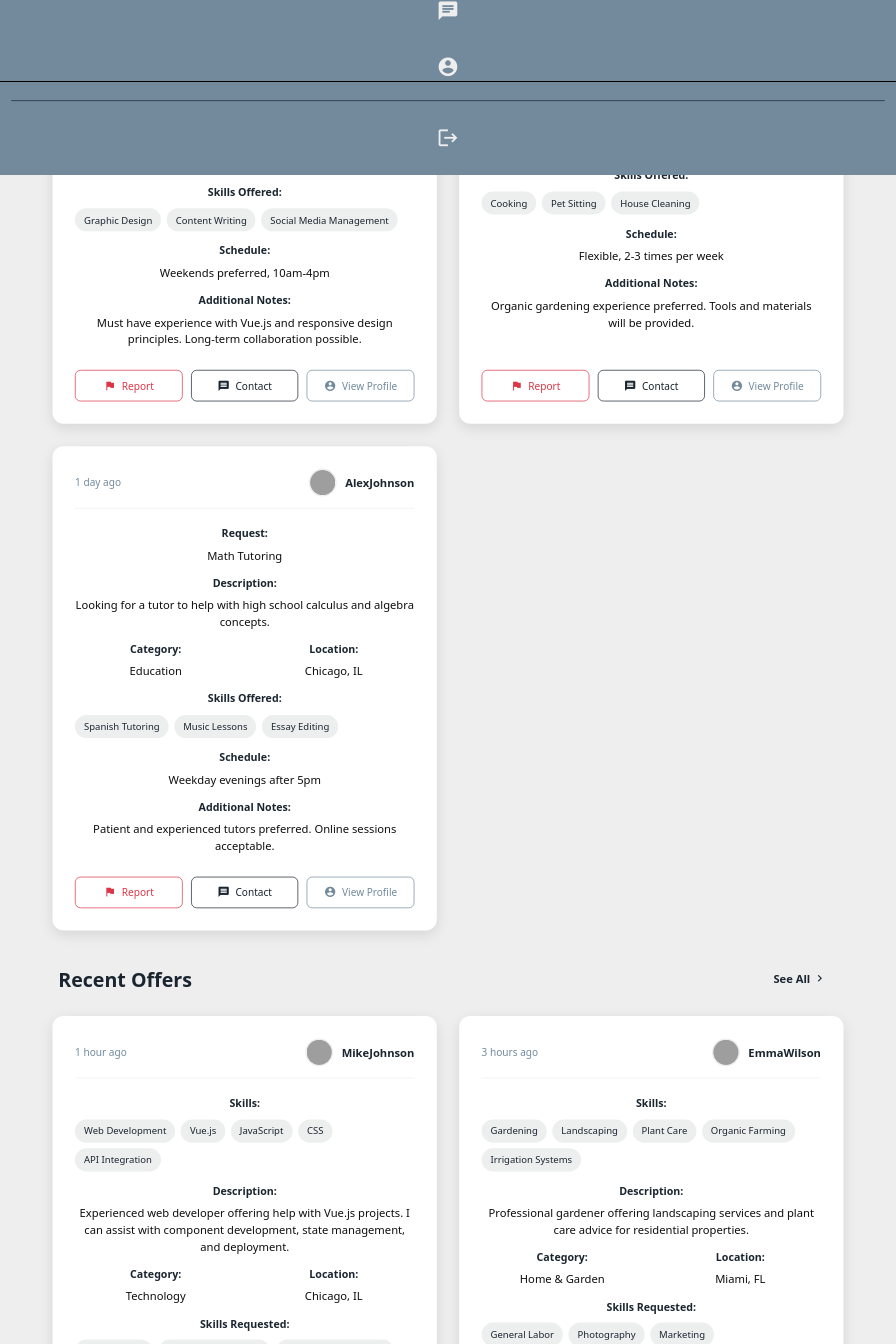
Repository: wholaanmo/news-snap
Page: /
An editor plug-in stored every save of this project. The page is shown before and after the next save, followed by the edit.
The browser window is 1280 px wide. The pictures show the part of the page from y = 309 to 2229 px (the page is 3397 px tall before and 2276 px after), at 70% of full size.
Pictures or frames that could not be fetched are drawn as grey boxes. The project was rebuilt for these pictures with package versions that can differ from the ones it lists, and the page was loaded fresh each time.

Above is the page before, as saved 2025-09-30 23:43:46.

### index.html
<!doctype html>
<html lang="en">
  <head>
    <meta charset="UTF-8" />
    <link rel="icon" type="image/svg+xml" href="/vite.svg" />
    <meta name="viewport" content="width=device-width, initial-scale=1.0" />
    <title>CommuniTrade</title>
    <link href="https://fonts.googleapis.com/css2?family=Material+Icons"
      rel="stylesheet">
    <link href="https://fonts.googleapis.com/css2?family=Roboto:wght@400;700&display=swap" rel="stylesheet">
    <link href="https://fonts.googleapis.com/css2?family=Inter:wght@400;600&display=swap" rel="stylesheet">
  </head>
  <body>
    <div id="app"></div>
    <script type="module" src="/src/main.js"></script>
  </body>
</html>

### src/views/Home.vue
<template>
    <div class="dashboard">

      <!-- Requests Section -->
      <section class="requests-section">
        <div class="section-header">
          <h2>Recent Requests</h2>
          <button class="see-all-btn" @click="navigateToRequests">
            See All
            <span class="material-icons">chevron_right</span>
          </button>
        </div>

        <div class="cards-container">
          <div
            v-for="request in filteredRequests.slice(0, 3)"
            :key="request.id"
            class="request-card"
          >
            <!-- Card Header -->
            <div class="card-header">
              <span class="posted-time">{{ request.timePosted }}</span>
              <div class="user-info">
                <div class="profile-pic-container">
                  <img
                    :src="request.profilePic"
                    :alt="request.accountName"
                    class="profile-pic"
                    @error="handleImageError"
                  >
                </div>
                <span class="account-name">{{ request.accountName }}</span>
              </div>
            </div>

            <!-- Card Content -->
            <div class="card-content">
              <div class="detail-item">
                <label>Request:</label>
                <span class="detail-value">{{ request.request }}</span>
              </div>
              <div class="detail-item">
                <label>Description:</label>
                <span class="detail-value">{{ request.description }}</span>
              </div>
              <div class="detail-row">
                <div class="detail-item">
                  <label>Category:</label>
                  <span class="detail-value">{{ request.category }}</span>
                </div>
                <div class="detail-item">
                  <label>Location:</label>
                  <span class="detail-value">{{ request.location }}</span>
                </div>
              </div>
              <div class="detail-item">
                <label>Skills Offered:</label>
                <div class="skills-tags">
                  <span
                    v-for="skill in request.skillsOffered"
                    :key="skill"
                    class="skill-tag"
                  >
                    {{ skill }}
                  </span>
                </div>
              </div>
              <div class="detail-item">
                <label>Schedule:</label>
                <span class="detail-value">{{ request.schedule }}</span>
              </div>
              <div class="detail-item">
                <label>Additional Notes:</label>
                <span class="detail-value">{{ request.additionalNotes }}</span>
              </div>
            </div>

            <!-- Card Actions -->
            <div class="card-actions">
              <button class="btn report-btn">
                <span class="material-icons">flag</span>
                Report
              </button>
              <button class="btn contact-btn">
                <span class="material-icons">message</span>
                Contact
              </button>
              <button class="btn profile-btn">
                <span class="material-icons">account_circle</span>
                View Profile
              </button>
            </div>
          </div>
        </div>
      </section>

      <!-- Offers Section -->
      <section class="offers-section">
        <div class="section-header">
          <h2>Recent Offers</h2>
          <button class="see-all-btn" @click="navigateToOffers">
            See All
            <span class="material-icons">chevron_right</span>
          </button>
        </div>

        <div class="cards-container">
          <div
            v-for="offer in filteredOffers.slice(0, 3)"
            :key="offer.id"
            class="offer-card"
          >
            <!-- Card Header -->
            <div class="card-header">
              <span class="posted-time">{{ offer.timePosted }}</span>
              <div class="user-info">
                <div class="profile-pic-container">
                  <img
                    :src="offer.profilePic"
                    :alt="offer.accountName"
                    class="profile-pic"
                    @error="handleImageError"
                  >
                </div>
                <span class="account-name">{{ offer.accountName }}</span>
              </div>
            </div>

            <!-- Card Content -->
            <div class="card-content">
              <div class="detail-item">
                <label>Skills:</label>
                <div class="skills-tags">
                  <span
                    v-for="skill in offer.skills"
                    :key="skill"
                    class="skill-tag"
                  >
                    {{ skill }}
                  </span>
                </div>
              </div>
              <div class="detail-item">
                <label>Description:</label>
                <span class="detail-value">{{ offer.description }}</span>
              </div>
              <div class="detail-row">
                <div class="detail-item">
                  <label>Category:</label>
                  <span class="detail-value">{{ offer.category }}</span>
                </div>
                <div class="detail-item">
                  <label>Location:</label>
                  <span class="detail-value">{{ offer.location }}</span>
                </div>
              </div>
              <div class="detail-item">
                <label>Skills Requested:</label>
                <div class="skills-tags">
                  <span
                    v-for="skill in offer.skillsRequested"
                    :key="skill"
                    class="skill-tag"
                  >
                    {{ skill }}
                  </span>
                </div>
              </div>
              <div class="detail-item">
                <label>Schedule:</label>
                <span class="detail-value">{{ offer.schedule }}</span>
              </div>
              <div class="detail-item">
                <label>Additional Notes:</label>
                <span class="detail-value">{{ offer.additionalNotes }}</span>
              </div>
            </div>

            <!-- Card Actions -->
            <div class="card-actions">
              <button class="btn report-btn">
                <span class="material-icons">flag</span>
                Report
              </button>
              <button class="btn contact-btn">
                <span class="material-icons">message</span>
                Contact
              </button>
              <button class="btn profile-btn">
                <span class="material-icons">account_circle</span>
                View Profile
              </button>
            </div>
          </div>
        </div>
      </section>
    </div>
  </template>

  <script setup>
  import { ref, computed } from 'vue'
  import { useRouter } from 'vue-router'

  const router = useRouter()
  const searchQuery = ref('')

  // Sample data for requests with profile pictures
  const requests = ref([
    {
      id: 1,
      accountName: 'JohnDoe',
      profilePic: 'https://images.unsplash.com/photo-1472099645785-5658abf4ff4e?w=150&h=150&fit=crop&crop=face',
      timePosted: '2 hours ago',
      request: 'Web Development Help',
      description: 'Need help building a responsive website for my small business. Looking for someone with experience in modern web technologies.',
      category: 'Technology',
      location: 'New York, NY',
      skillsOffered: ['Graphic Design', 'Content Writing', 'Social Media Management'],
      schedule: 'Weekends preferred, 10am-4pm',
      additionalNotes: 'Must have experience with Vue.js and responsive design principles. Long-term collaboration possible.'
    },
    {
      id: 2,
      accountName: 'SarahSmith',
      profilePic: 'https://images.unsplash.com/photo-1494790108755-2616b612b786?w=150&h=150&fit=crop&crop=face',
      timePosted: '5 hours ago',
      request: 'Gardening Assistance',
      description: 'Help with backyard garden maintenance and planting seasonal flowers and vegetables.',
      category: 'Home & Garden',
      location: 'Los Angeles, CA',
      skillsOffered: ['Cooking', 'Pet Sitting', 'House Cleaning'],
      schedule: 'Flexible, 2-3 times per week',
      additionalNotes: 'Organic gardening experience preferred. Tools and materials will be provided.'
    },
    {
      id: 3,
      accountName: 'AlexJohnson',
      profilePic: 'https://images.unsplash.com/photo-1507003211169-0a1dd7228f2d?w=150&h=150&fit=crop&crop=face',
      timePosted: '1 day ago',
      request: 'Math Tutoring',
      description: 'Looking for a tutor to help with high school calculus and algebra concepts.',
      category: 'Education',
      location: 'Chicago, IL',
      skillsOffered: ['Spanish Tutoring', 'Music Lessons', 'Essay Editing'],
      schedule: 'Weekday evenings after 5pm',
      additionalNotes: 'Patient and experienced tutors preferred. Online sessions acceptable.'
    }
  ])

  // Sample data for offers with profile pictures
  const offers = ref([
    {
      id: 1,
      accountName: 'MikeJohnson',
      profilePic: 'https://images.unsplash.com/photo-1500648767791-00dcc994a43e?w=150&h=150&fit=crop&crop=face',
      timePosted: '1 hour ago',
      skills: ['Web Development', 'Vue.js', 'JavaScript', 'CSS', 'API Integration'],
      description: 'Experienced web developer offering help with Vue.js projects. I can assist with component development, state management, and deployment.',
      category: 'Technology',
      location: 'Chicago, IL',
      skillsRequested: ['UI/UX Design', 'Project Management', 'Backend Development'],
      schedule: 'Evenings and weekends, flexible hours',
      additionalNotes: '5+ years of experience. Portfolio available upon request.'
    },
    {
      id: 2,
      accountName: 'EmmaWilson',
      profilePic: 'https://images.unsplash.com/photo-1438761681033-6461ffad8d80?w=150&h=150&fit=crop&crop=face',
      timePosted: '3 hours ago',
      skills: ['Gardening', 'Landscaping', 'Plant Care', 'Organic Farming', 'Irrigation Systems'],
      description: 'Professional gardener offering landscaping services and plant care advice for residential properties.',
      category: 'Home & Garden',
      location: 'Miami, FL',
      skillsRequested: ['General Labor', 'Photography', 'Marketing'],
      schedule: 'Weekdays only, 9am-5pm',
      additionalNotes: 'Specialized in tropical plants and sustainable gardening practices.'
    },
    {
      id: 3,
      accountName: 'DavidChen',
      profilePic: 'https://images.unsplash.com/photo-1519244703995-f4e0f30006d5?w=150&h=150&fit=crop&crop=face',
      timePosted: '6 hours ago',
      skills: ['Math Tutoring', 'Test Preparation', 'Online Teaching', 'Curriculum Development'],
      description: 'Certified math teacher offering tutoring services for middle school and high school students.',
      category: 'Education',
      location: 'Boston, MA',
      skillsRequested: ['English Tutoring', 'Computer Skills', 'Study Techniques'],
      schedule: 'Afternoons and weekends',
      additionalNotes: 'Patient and experienced with students of all learning styles. Remote sessions available.'
    }
  ])

  // Computed properties for filtered data
  const filteredRequests = computed(() => {
    if (!searchQuery.value) return requests.value
    const query = searchQuery.value.toLowerCase()
    return requests.value.filter(request =>
      request.request.toLowerCase().includes(query) ||
      request.description.toLowerCase().includes(query) ||
      request.category.toLowerCase().includes(query) ||
      request.location.toLowerCase().includes(query) ||
      request.skillsOffered.some(skill => skill.toLowerCase().includes(query))
    )
  })

  const filteredOffers = computed(() => {
    if (!searchQuery.value) return offers.value
    const query = searchQuery.value.toLowerCase()
    return offers.value.filter(offer =>
      offer.skills.some(skill => skill.toLowerCase().includes(query)) ||
      offer.description.toLowerCase().includes(query) ||
      offer.category.toLowerCase().includes(query) ||
      offer.location.toLowerCase().includes(query) ||
      offer.skillsRequested.some(skill => skill.toLowerCase().includes(query))
    )
  })

  // Navigation methods
  const navigateToRequests = () => {
    router.push('/requests')
  }

  const navigateToOffers = () => {
    router.push('/offers')
  }

  const handleSearch = () => {
    // Search is handled by computed properties
  }

  // Handle broken image links
  const handleImageError = (event) => {
    event.target.src = 'data:[embedded picture, 506 characters]'
  }
  </script>

  <style scoped>
  .dashboard {
    padding: 2rem;
    max-width: 1400px;
    margin: 0 auto;

  }

  /* Search Bar Styles - Made Longer */
  .search-container {
    margin-bottom: 3rem;
    display: flex;
    justify-content: center;
  }

  .search-bar {
    display: flex;
    align-items: center;
    background: white;
    border-radius: 50px;
    padding: 0.75rem 1.5rem;
    box-shadow: 0 2px 10px rgba(0, 0, 0, 0.1);
    border: 2px solid var(--grey);
    transition: border-color 0.3s ease;
    width: 100%;
    max-width: 800px; /* Longer search bar */
  }

  .search-bar:focus-within {
    border-color: var(--primary);
  }

  .search-bar .material-icons {
    color: var(--grey);
    margin-right: 0.5rem;
  }

  .search-bar input {
    flex: 1;
    border: none;
    outline: none;
    font-size: 1rem;
    background: transparent;
    width: 100%;
  }

  .search-bar input::placeholder {
    color: var(--grey);
  }

  /* Section Header Styles */
  .section-header {
    display: flex;
    justify-content: space-between;
    align-items: center;
    margin-bottom: 2rem;
    padding: 0 0.5rem;
  }

  .section-header h2 {
    color: var(--primary);
    font-size: 1.75rem;
    font-weight: 600;
  }

  .see-all-btn {
    display: flex;
    align-items: center;
    color: var(--primary);
    font-weight: 600;
    font-size: 1rem;
    transition: color 0.3s ease;
    padding: 0.5rem 1rem;
    border-radius: 6px;
    white-space: nowrap;
  }

  .see-all-btn:hover {
    color: var(--dark);
    background-color: rgba(26, 37, 48, 0.05);
  }

  .see-all-btn .material-icons {
    font-size: 1.2rem;
    margin-left: 0.25rem;
  }

  /* Cards Container - Grid Layout */
  .cards-container {
    display: grid;
    grid-template-columns: repeat(auto-fit, minmax(380px, 1fr));
    gap: 2rem;
    margin-bottom: 3rem;
  }

  /* Card Styles */
  .request-card,
  .offer-card {
    background: white;
    border-radius: 16px;
    padding: 2rem;
    box-shadow: 0 6px 20px rgba(0, 0, 0, 0.1);
    transition: transform 0.3s ease, box-shadow 0.3s ease;
    min-height: 580px;
    display: flex;
    flex-direction: column;
  }

  .request-card:hover,
  .offer-card:hover {
    transform: translateY(-4px);
    box-shadow: 0 12px 25px rgba(0, 0, 0, 0.15);
  }

  /* Card Header Styles with Profile Picture */
  .card-header {
    display: flex;
    justify-content: space-between;
    align-items: center;
    margin-bottom: 1.5rem;
    padding-bottom: 1rem;
    border-bottom: 1px solid var(--light);
  }

  .posted-time {
    color: var(--grey);
    font-size: 0.9rem;
  }

  .user-info {
    display: flex;
    align-items: center;
    gap: 0.75rem;
  }

  .profile-pic-container {
    width: 40px;
    height: 40px;
    border-radius: 50%;
    overflow: hidden;
    border: 2px solid var(--light);
    flex-shrink: 0;
  }

  .profile-pic {
    width: 100%;
    height: 100%;
    object-fit: cover;
  }

  .account-name {
    color: var(--primary);
    font-weight: 600;
    font-size: 1rem;
  }

  /* Card Content Styles */
  .card-content {
    margin-bottom: 2rem;
    flex: 1;
    display: flex;
    flex-direction: column;
    gap: 1rem;
  }

  .detail-item {
    display: flex;
    flex-direction: column;
    gap: 0.5rem;
  }

  .detail-item label {
    font-weight: 600;
    color: var(--primary);
    font-size: 0.95rem;
  }

  .detail-value {
    color: var(--dark);
    font-size: 1rem;
    line-height: 1.5;
  }

  .detail-row {
    display: flex;
    gap: 1.5rem;
  }

  .detail-row .detail-item {
    flex: 1;
  }

  /* Skills Tags Styles */
  .skills-tags {
    display: flex;
    flex-wrap: wrap;
    gap: 0.5rem;
    margin-top: 0.25rem;
  }

  .skill-tag {
    background-color: rgba(26, 37, 48, 0.08);
    color: var(--primary);
    padding: 0.4rem 0.8rem;
    border-radius: 20px;
    font-size: 0.85rem;
    font-weight: 500;
  }

  /* Card Actions Styles */
  .card-actions {
    display: flex;
    gap: 0.75rem;
    flex-wrap: wrap;
    margin-top: auto;
  }

  .btn {
    display: flex;
    align-items: center;
    padding: 0.75rem 1.25rem;
    border-radius: 8px;
    font-size: 0.9rem;
    font-weight: 500;
    transition: all 0.3s ease;
    border: 1px solid transparent;
    flex: 1;
    justify-content: center;
    min-width: 110px;
  }

  .btn .material-icons {
    font-size: 1.1rem;
    margin-right: 0.5rem;
  }

  .report-btn {
    color: #dc3545;
    border-color: #dc3545;
  }

  .report-btn:hover {
    background-color: #dc3545;
    color: white;
  }

  .contact-btn {
    color: var(--primary);
    border-color: var(--primary);
  }

  .contact-btn:hover {
    background-color: var(--primary);
    color: white;
  }

  .profile-btn {
    color: var(--grey);
    border-color: var(--grey);
  }

  .profile-btn:hover {
    background-color: var(--grey);
    color: white;
  }

  /* Responsive Design */
  @media (max-width: 1200px) {
    .cards-container {
      grid-template-columns: repeat(auto-fit, minmax(350px, 1fr));
    }
  }

  @media (max-width: 768px) {
    .dashboard {
      padding: 1rem;
    }

    .search-bar {
      max-width: 100%;
    }

    .cards-container {
      grid-template-columns: 1fr;
      gap: 1.5rem;
    }

    .section-header {
      flex-direction: column;
      align-items: flex-start;
      gap: 0.75rem;
    }

    .request-card,
    .offer-card {
      padding: 1.5rem;
      min-height: auto;
    }

    .card-actions {
      flex-direction: column;
    }

    .detail-row {
      flex-direction: column;
      gap: 1rem;
    }

    .btn {
      min-width: auto;
    }
  }

  @media (max-width: 480px) {
    .request-card,
    .offer-card {
      padding: 1.25rem;
    }

    .search-bar {
      padding: 0.6rem 1.25rem;
    }

    .card-header {
      flex-direction: column;
      align-items: flex-start;
      gap: 0.75rem;
    }

    .user-info {
      align-self: flex-end;
    }
  }
  </style>

Loaded but not shown: src/style.css (common file); src/main.js (57 lines, source omitted); src/components/Sidebar.vue (236 lines, source omitted); src/App.vue (104 lines, source omitted); src/components/Navbar.vue (122 lines, source omitted)

After the next save:
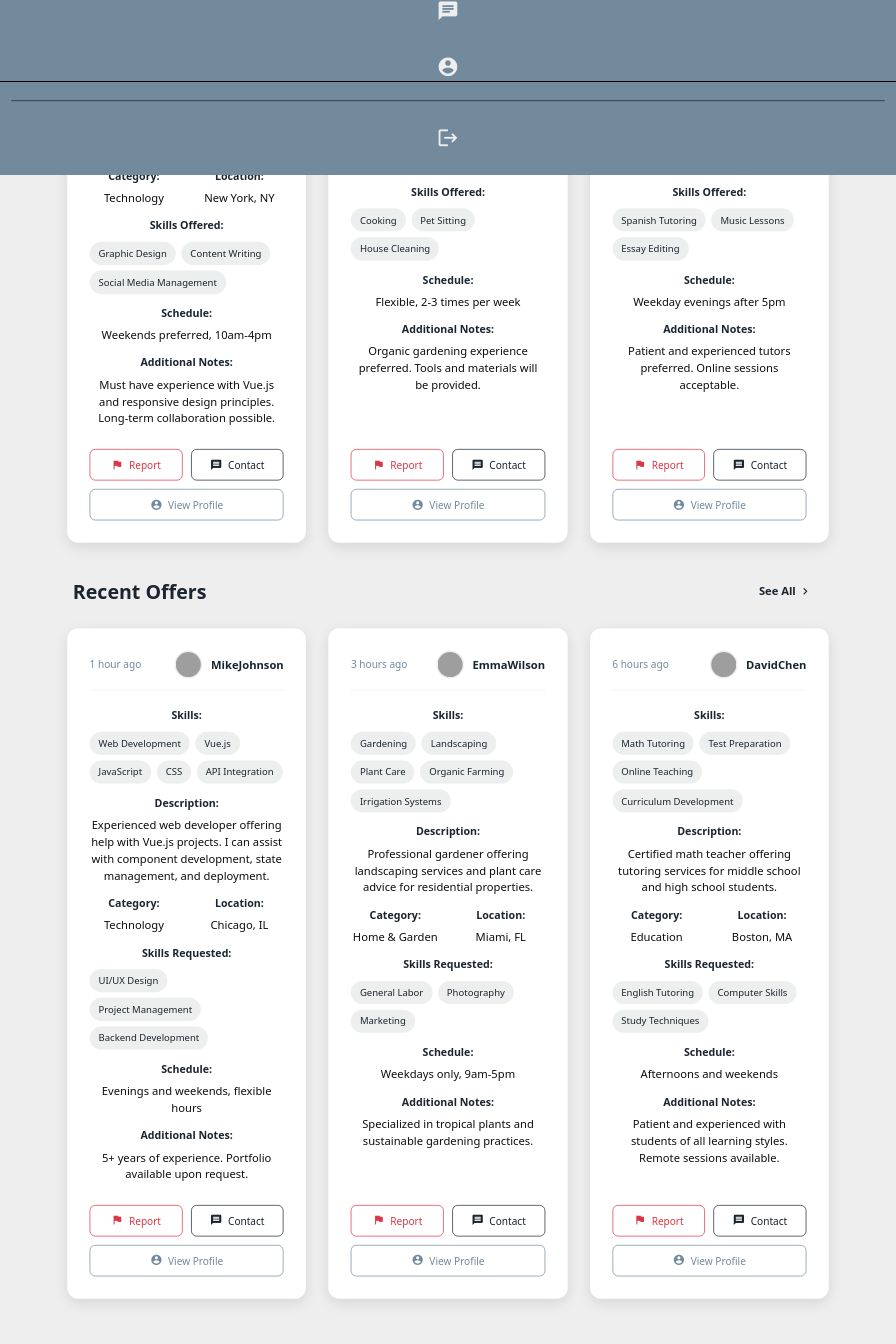
Saved 5 min 20 s later.
--- a/src/views/Home.vue
+++ b/src/views/Home.vue
@@ -1,6 +1,5 @@
 <template>
     <div class="dashboard">
-
       <!-- Requests Section -->
       <section class="requests-section">
         <div class="section-header">
@@ -324,10 +323,6 @@
     router.push('/offers')
   }
 
-  const handleSearch = () => {
-    // Search is handled by computed properties
-  }
-
   // Handle broken image links
   const handleImageError = (event) => {
     event.target.src = 'data:[embedded picture, 506 characters]'
@@ -339,49 +334,8 @@
     padding: 2rem;
     max-width: 1400px;
     margin: 0 auto;
-
-  }
-
-  /* Search Bar Styles - Made Longer */
-  .search-container {
-    margin-bottom: 3rem;
-    display: flex;
-    justify-content: center;
-  }
-
-  .search-bar {
-    display: flex;
-    align-items: center;
-    background: white;
-    border-radius: 50px;
-    padding: 0.75rem 1.5rem;
-    box-shadow: 0 2px 10px rgba(0, 0, 0, 0.1);
-    border: 2px solid var(--grey);
-    transition: border-color 0.3s ease;
-    width: 100%;
-    max-width: 800px; /* Longer search bar */
-  }
-
-  .search-bar:focus-within {
-    border-color: var(--primary);
-  }
-
-  .search-bar .material-icons {
-    color: var(--grey);
-    margin-right: 0.5rem;
-  }
-
-  .search-bar input {
-    flex: 1;
-    border: none;
-    outline: none;
-    font-size: 1rem;
-    background: transparent;
-    width: 100%;
-  }
-
-  .search-bar input::placeholder {
-    color: var(--grey);
+    margin-left: 2rem;
+    margin-right: 2rem; /* Added equal right margin */
   }
 
   /* Section Header Styles */
@@ -421,10 +375,10 @@
     margin-left: 0.25rem;
   }
 
-  /* Cards Container - Grid Layout */
+  /* Cards Container - Fixed 3 columns */
   .cards-container {
     display: grid;
-    grid-template-columns: repeat(auto-fit, minmax(380px, 1fr));
+    grid-template-columns: repeat(3, 1fr); /* Fixed 3 columns */
     gap: 2rem;
     margin-bottom: 3rem;
   }
@@ -603,21 +557,37 @@
   /* Responsive Design */
   @media (max-width: 1200px) {
     .cards-container {
-      grid-template-columns: repeat(auto-fit, minmax(350px, 1fr));
+      grid-template-columns: repeat(3, 1fr); /* Maintain 3 columns */
+      gap: 1.5rem;
+    }
+
+    .request-card,
+    .offer-card {
+      padding: 1.5rem;
+      min-height: 550px;
+    }
+  }
+
+  @media (max-width: 1024px) {
+    .cards-container {
+      grid-template-columns: repeat(2, 1fr); /* 2 columns on tablets */
+    }
+
+    .dashboard {
+      margin-left: 1.5rem;
+      margin-right: 1.5rem;
     }
   }
 
   @media (max-width: 768px) {
     .dashboard {
       padding: 1rem;
-    }
-
-    .search-bar {
-      max-width: 100%;
+      margin-left: 1rem;
+      margin-right: 1rem;
     }
 
     .cards-container {
-      grid-template-columns: 1fr;
+      grid-template-columns: 1fr; /* 1 column on mobile */
       gap: 1.5rem;
     }
 
@@ -648,13 +618,14 @@
   }
 
   @media (max-width: 480px) {
+    .dashboard {
+      margin-left: 0.5rem;
+      margin-right: 0.5rem;
+    }
+
     .request-card,
     .offer-card {
       padding: 1.25rem;
-    }
-
-    .search-bar {
-      padding: 0.6rem 1.25rem;
     }
 
     .card-header {
